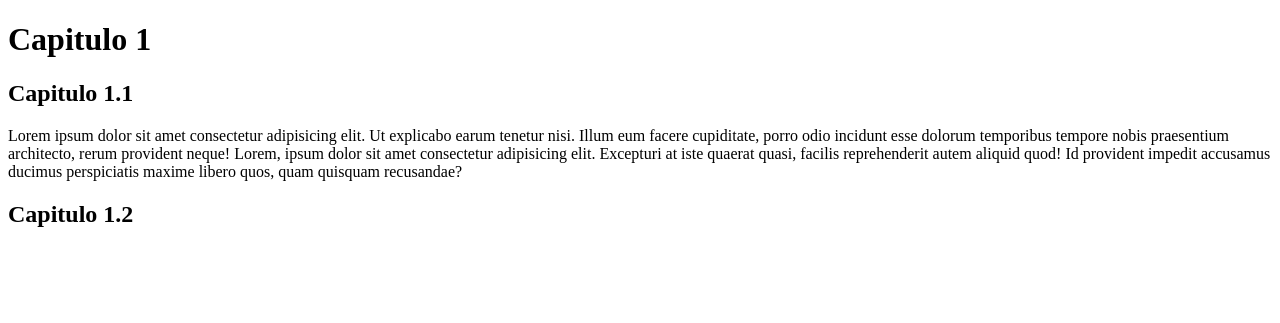
Repository: GabrielTrevisanMargrander/Html-Css
Page: Exercicios/ex013/index.html
These files come from the project's save history. The page is drawn as it stood at one moment and after the next save; the edit follows.
The browser window is 1280 px wide. The pictures show the whole page.

Above is the page before, as saved 2023-06-03 17:58:45.

### Exercicios/ex013/index.html
<!DOCTYPE html>
<html lang="pt-br">
<head>
    <meta charset="UTF-8">
    <meta http-equiv="X-UA-Compatible" content="IE=edge">
    <meta name="viewport" content="width=device-width, initial-scale=1.0">
    <title>CSS</title>
</head>
<body>
    <h1>Capitulo 1</h1>
    <H2>Capitulo 1.1</H2>
    <p>Lorem ipsum dolor sit amet consectetur adipisicing elit. Ut explicabo earum tenetur nisi. Illum eum facere cupiditate, porro odio incidunt esse dolorum temporibus tempore nobis praesentium architecto, rerum provident neque! Lorem, ipsum dolor sit amet consectetur adipisicing elit. Excepturi at iste quaerat quasi, facilis reprehenderit autem aliquid quod! Id provident impedit accusamus ducimus perspiciatis maxime libero quos, quam quisquam recusandae?</p>

    <h2>Capitulo 1.2 </h2>

</body>
</html>

After the next save:
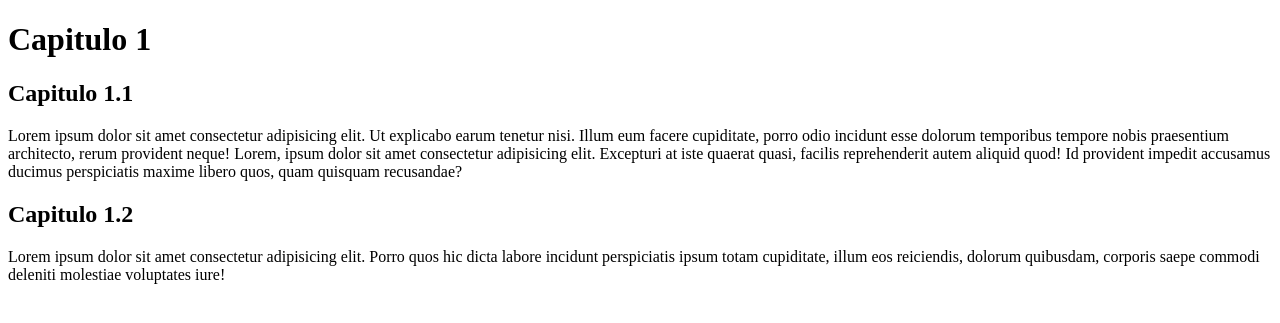
Saved 4 s later.
--- a/Exercicios/ex013/index.html
+++ b/Exercicios/ex013/index.html
@@ -12,6 +12,6 @@
     <p>Lorem ipsum dolor sit amet consectetur adipisicing elit. Ut explicabo earum tenetur nisi. Illum eum facere cupiditate, porro odio incidunt esse dolorum temporibus tempore nobis praesentium architecto, rerum provident neque! Lorem, ipsum dolor sit amet consectetur adipisicing elit. Excepturi at iste quaerat quasi, facilis reprehenderit autem aliquid quod! Id provident impedit accusamus ducimus perspiciatis maxime libero quos, quam quisquam recusandae?</p>
 
     <h2>Capitulo 1.2 </h2>
-
+    <p> Lorem ipsum dolor sit amet consectetur adipisicing elit. Porro quos hic dicta labore incidunt perspiciatis ipsum totam cupiditate, illum eos reiciendis, dolorum quibusdam, corporis saepe commodi deleniti molestiae voluptates iure!</p>
 </body>
 </html>
